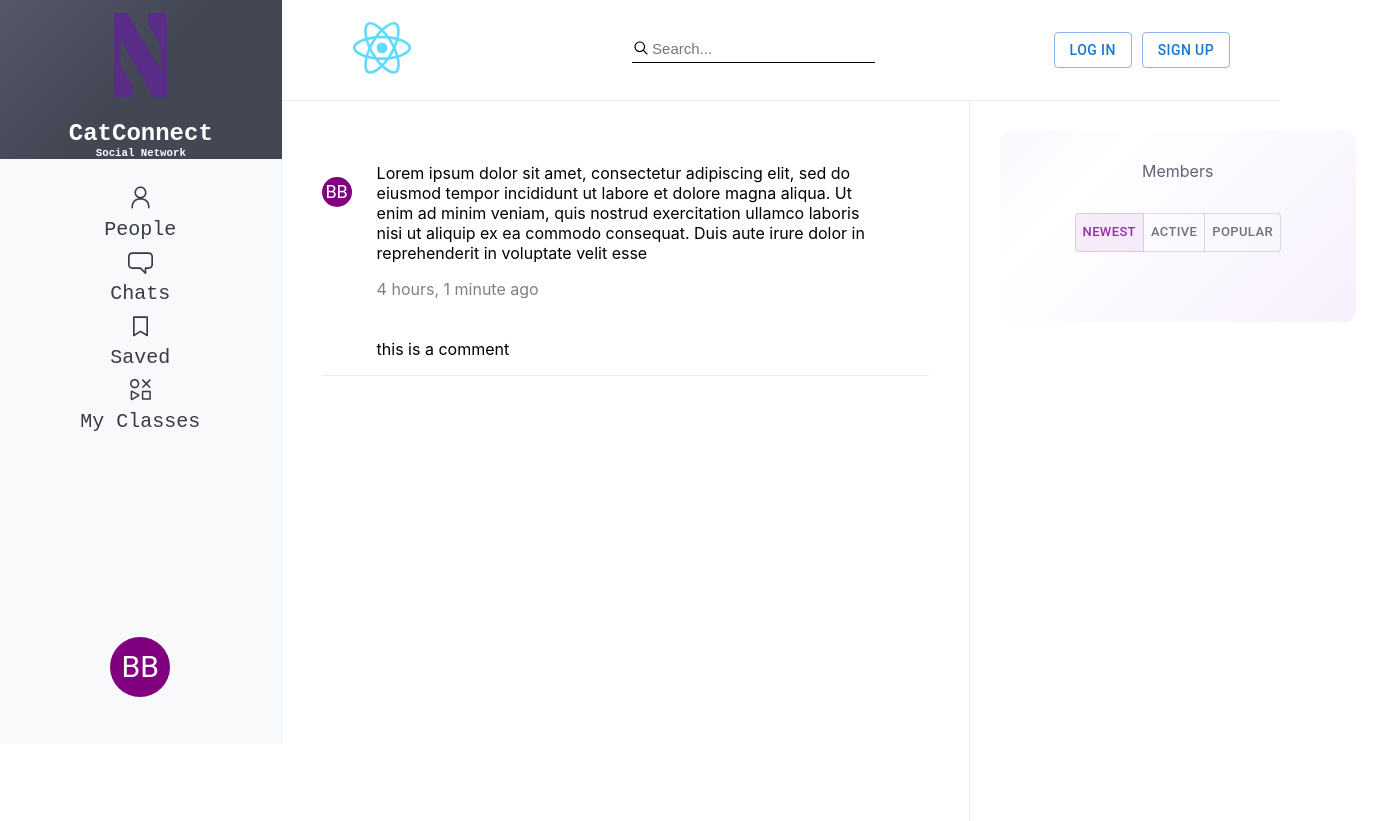
Repository: bbrockbrown/fws_proj
Page: / (app in frontend/)
These files come from the project's save history. The page is drawn as it stood at one moment and after the next save; the edit follows.
The browser window is 1280 px wide. The page is 1356 px wide, then 1396 px, so the pictures cover 1396 px, including what lies to the right of the window. The pictures show the whole page.
The project was rebuilt for these pictures with package versions that can differ from the ones it lists, and the page was loaded fresh each time. Also part of the build but not shown: frontend/craco.config.js.

Above is the page before, as saved 2025-04-27 12:10:19.

After the next save:
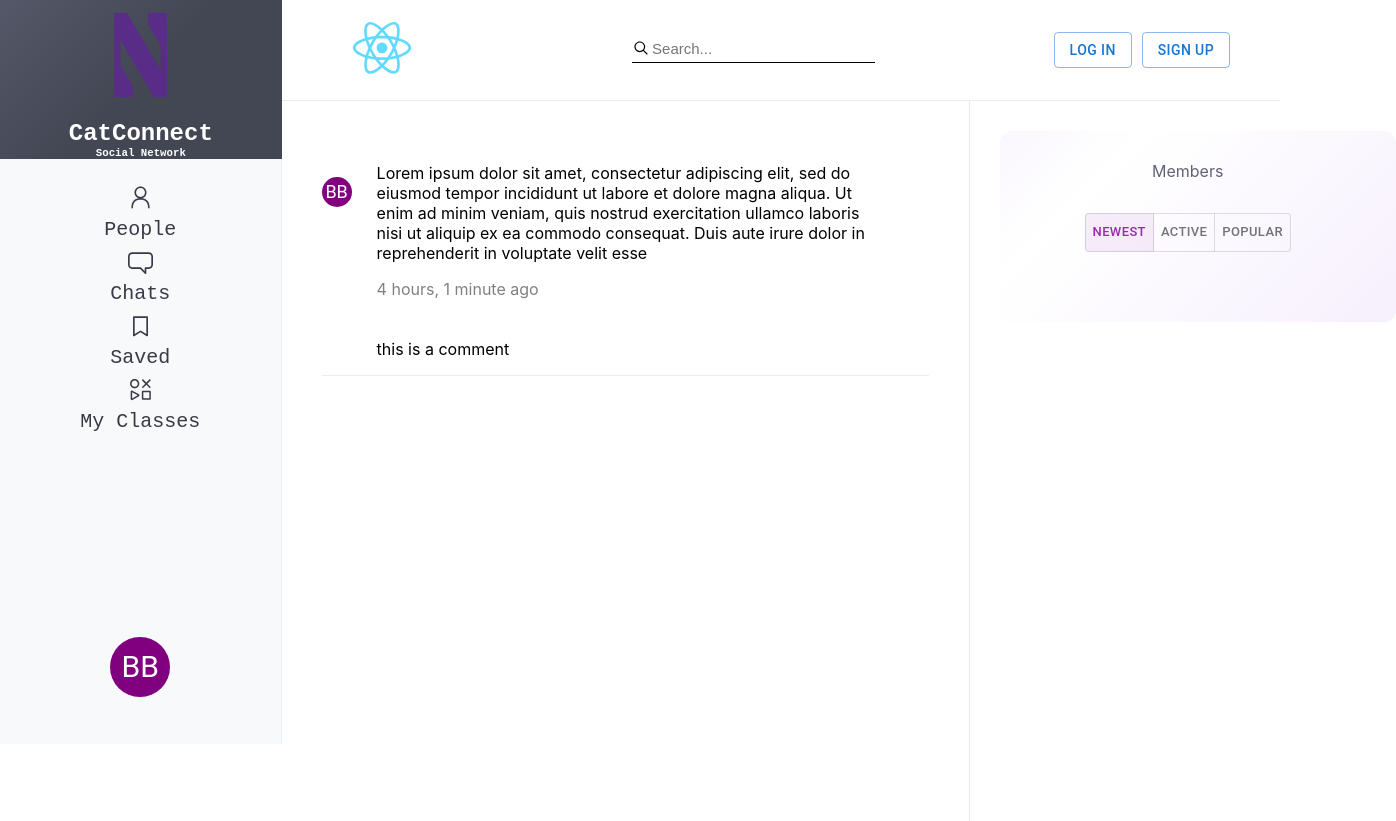
Saved 106 s later.
--- a/frontend/src/common/components/MemberCard.jsx
+++ b/frontend/src/common/components/MemberCard.jsx
@@ -4,7 +4,7 @@
 import styled from 'styled-components';
 
 const MemCardContainer = styled.div`
-  padding: 30px 30px 70px 30px;
+  padding: 30px 50px 70px 30px;
   min-width: 33.33%;
   width: 100%;
   border-radius: 12px;
